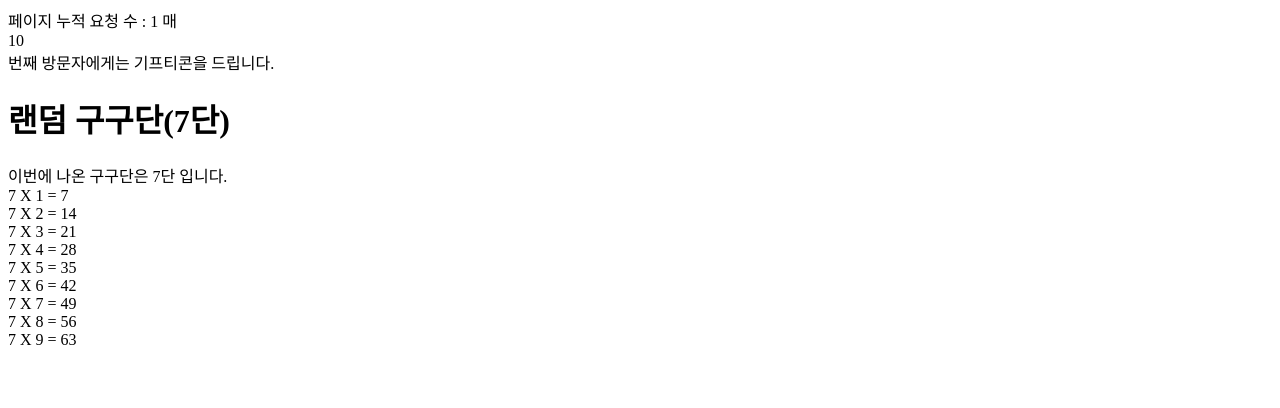
Repository: GITJIWOO/JavaBasic
Page: http://localhost/JSPBasic/Tag_quiz02.jsp
An editor plug-in stored every save of this project. The page is shown before and after the next save, followed by the edit.
The browser window is 1280 px wide. The pictures show the whole page.
The page is served by Tomcat 9.

Above is the page before, as saved 2021-07-29 07:53:39.

### JSPBasic/WebContent/Tag_quiz02.jsp
<%@ page language="java" contentType="text/html; charset=UTF-8"
    pageEncoding="UTF-8"%>
<%!
	int total = 0;
%>
<!DOCTYPE html>
<html>
<head>
<meta charset="UTF-8">
<title>Insert title here</title>
</head>
<body>
	<%
		total++;
		out.println("페이지 누적 요청 수 : " + total);
		out.println("매 <br>10</br>번째 방문자에게는 기프티콘을 드립니다.");
		if(total >= 10){
			out.println("당첨되셧습니다!!");
		}
		int ranNum = (int)((Math.random() * 8) + 2);
		out.println("<h1>랜덤 구구단(" + ranNum + "단)</h1>");
		out.println("이번에 나온 구구단은 " + ranNum + "단 입니다.<br/>");

		for(int i = ranNum; i == ranNum; i++){
			for(int j = 1; j <= 9; j++){
				out.println(i + " X " + j + " = " + (i * j) + "<br/>");
			}
		}
	%>
</body>
</html>

After the next save:
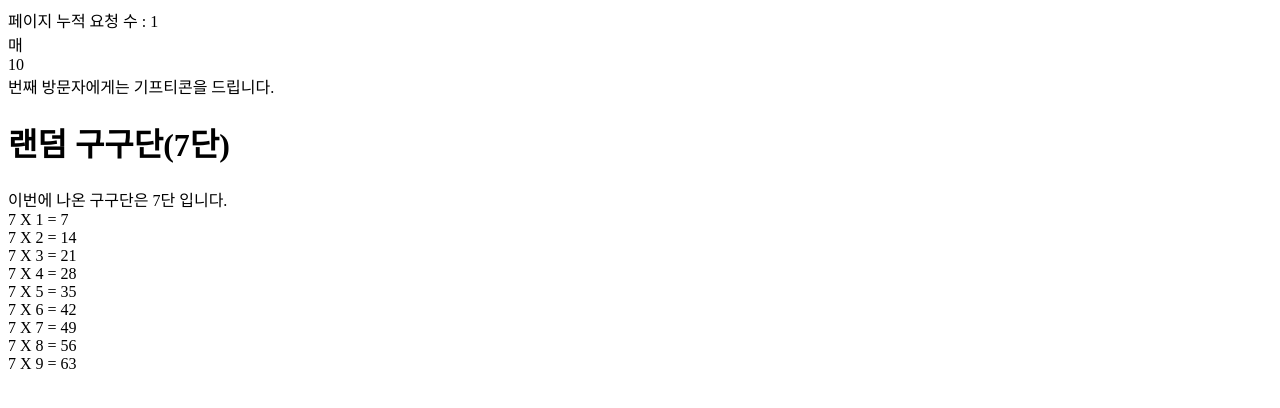
Saved 30 s later.
--- a/JSPBasic/WebContent/Tag_quiz02.jsp
+++ b/JSPBasic/WebContent/Tag_quiz02.jsp
@@ -12,12 +12,14 @@
 <body>
 	<%
 		total++;
-		out.println("페이지 누적 요청 수 : " + total);
-		out.println("매 <br>10</br>번째 방문자에게는 기프티콘을 드립니다.");
+		out.println("페이지 누적 요청 수 : " + total + "<br/>");
+		out.println("매 <br>10</br>번째 방문자에게는 기프티콘을 드립니다.<br/>");
 		if(total >= 10){
-			out.println("당첨되셧습니다!!");
+			out.println("당첨되셧습니다!!<br/>");
 		}
+
 		int ranNum = (int)((Math.random() * 8) + 2);
+
 		out.println("<h1>랜덤 구구단(" + ranNum + "단)</h1>");
 		out.println("이번에 나온 구구단은 " + ranNum + "단 입니다.<br/>");
 
